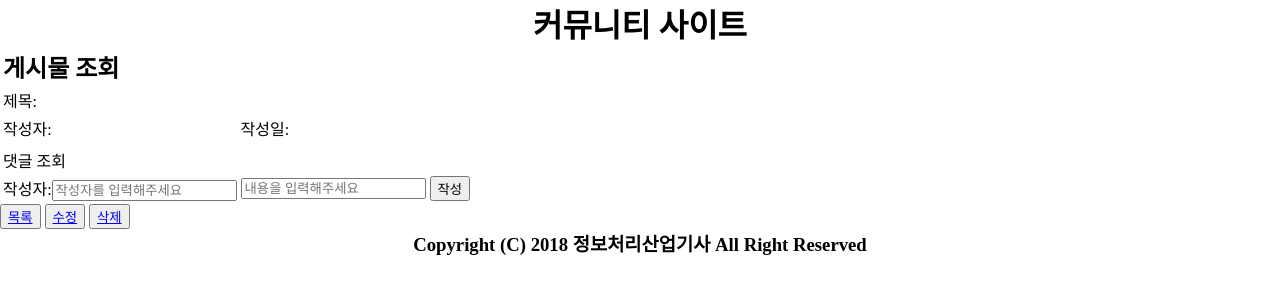
Repository: Tor1a/SpringSet
Page: http://localhost/practice01/WEB-INF/views/post/Lookup.jsp
An editor plug-in stored every save of this project. The page is shown before and after the next save, followed by the edit.
The browser window is 1280 px wide. The pictures show the whole page.
The page is served by Tomcat 9. Nobody is signed in. The template is opened directly, without the code that normally fills it, so the values that code supplies are empty.

Above is the page before, as saved 2022-04-15 08:30:01.
Console error: ReferenceError: getParmeter is not defined

After the next save:
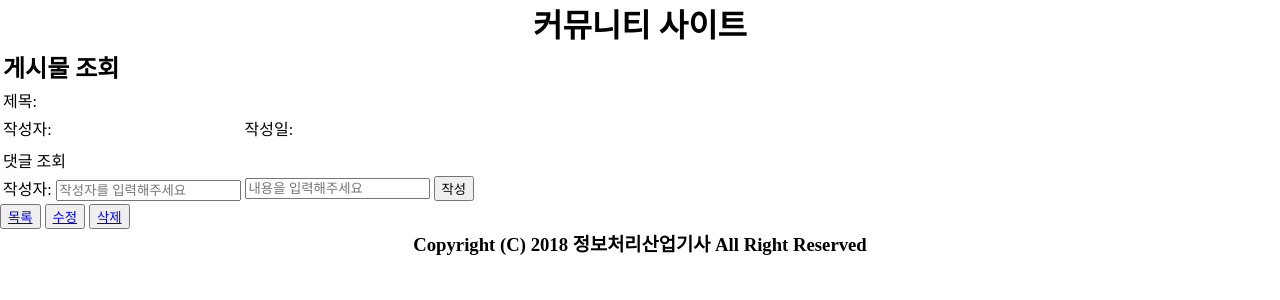
Saved 42 s later.
--- a/practice01/src/main/webapp/WEB-INF/views/post/Lookup.jsp
+++ b/practice01/src/main/webapp/WEB-INF/views/post/Lookup.jsp
@@ -35,7 +35,7 @@
 	<form id="commentAddForm">
 		<input type="hidden" name="bidx" value="${vo.idx}">
 		<tr>
-			<td>작성자:<input type="text" id="cmWriter" name="writer"placeholder="작성자를 입력해주세요"></td>
+			<td>작성자: <input type="text" id="cmWriter" name="writer"placeholder="작성자를 입력해주세요"></td>
 			<td><input type="text" id="cmContent" name="content" placeholder="내용을 입력해주세요"></td>
 			<td><input type="button" value="작성" onclick="addCheck()"></td>
 		</tr>
